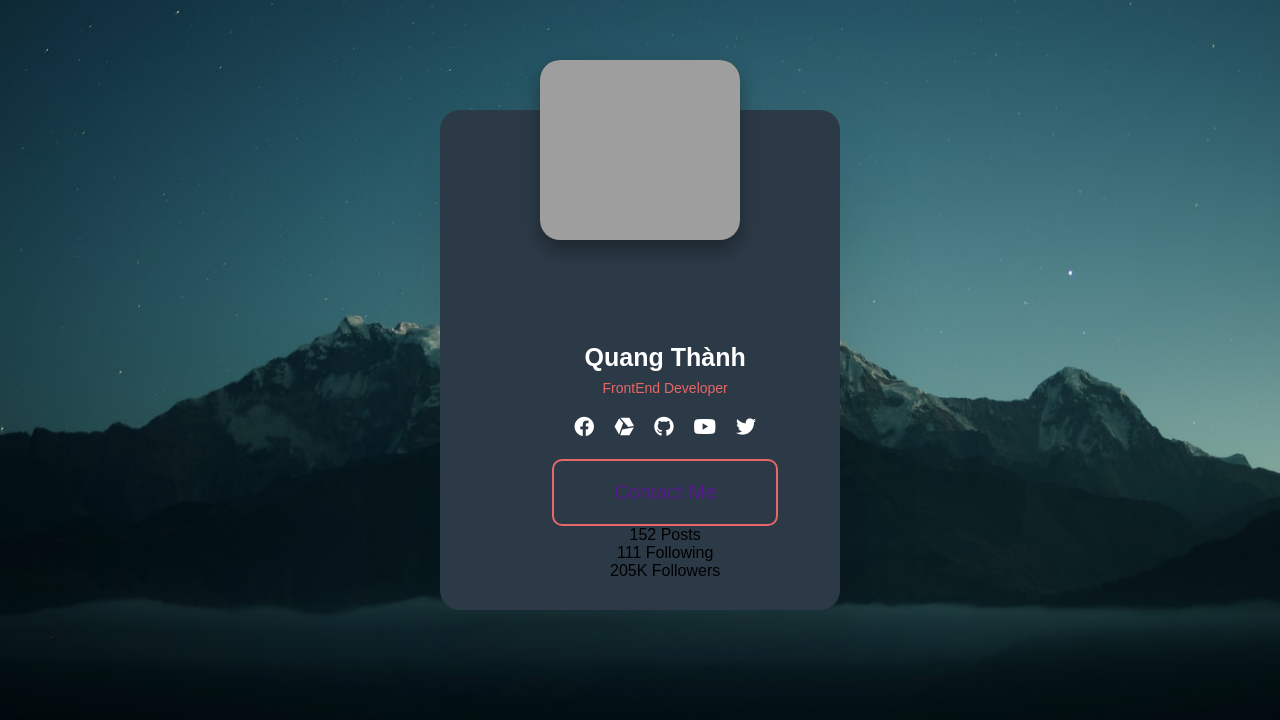
Repository: QuangThanh152/Profile-me
Page: index.html
The author's editor kept a copy of each file at every save. The page is drawn from the files as they stood at one save, then again after the next save.
The browser window is 1280 px wide. The pictures show the whole page.
Pictures or frames that could not be fetched are drawn as grey boxes.

Above is the page before, as saved 2022-10-07 15:41:58.

### index.html
<!DOCTYPE html>
<html lang="en">
<head>
    <meta charset="UTF-8">
    <meta http-equiv="X-UA-Compatible" content="IE=edge">
    <meta name="viewport" content="width=device-width, initial-scale=1.0">
    <link rel="stylesheet" href="./accets/font/fontawesome-free-6.1.2-web/css/all.min.css">
    <link rel="stylesheet" href="./accets/main.css">
    <title>Profile-QT</title>
</head>
<body>
    <div class="card">
        <div class="card-header">
            <img src="./accets/img/IMG_20220202_135645.jpg" alt="" class="img-me">
        </div>
        <div class="content">
            <div class="name">Quang Thành</div>
            <div class="desc">FrontEnd Developer</div>
            <div class="SocialNetwork">
                <a href="" class="icon"><i class="fa-brands fa-facebook"></i></a>
                <a href="" class="icon"><i class="fa-brands fa-instalod"></i></i></a>
                <a href="" class="icon"><i class="fa-brands fa-github"></i></i></a>
                <a href="" class="icon"><i class="fa-brands fa-youtube"></i></i></a>
                <a href="" class="icon"><i class="fa-brands fa-twitter"></i></i></a>
            </div>
            <a href="" class="btn-contact">Contact Me</a>
            <div class="card-footer">
                <div class="number">
                    <div class="item">
                        <span>152</span>
                        Posts
                    </div>
                </div>
                <div class="number">
                    <div class="item">
                        <span>111</span>
                        Following
                    </div>
                </div>
                <div class="number">
                    <div class="item">
                        <span>205K</span>
                        Followers
                    </div>
                </div>
            </div>
        </div>
    </div>
</body>
</html>

### accets/main.css
* {
    padding: 0;
    margin: 0;
    box-sizing: border-box;
    font-family: 'Poppins', sans-serif;
    text-decoration: none;
}

body {
    min-height: 100vh;
    background: url(/accets/img/img-big.jpg) no-repeat center;
    background-size: cover;
    display: flex;
    justify-content: center;
    align-items: center;
}

.card {
    position: relative;
    width: 400px;
    /* height: 190px; */
    height: 500px;
    border-radius: 20px;
    background: #2c3a47;
    transition: 0.2s;
    box-shadow: 0 35px 80px rgba(0,0,0,0.15);
}
.card:hover {
    height: 500px;
}
.card-header {
    position: absolute;
    background: rgb(21, 19, 19);
    left: 50%;
    top: -50px;
    transform: translateX(-50%);
    width: 200px;
    height: 180px;
    border-radius: 20px;
    box-shadow: 0 10px 20px rgba(0,0,0,0.35);
    overflow: hidden;
    transition: 0.3s;
}
.card:hover .card-header {
    width: 250px;
    height: 250px;
    transition: 0.2s;
}
.img-me {
    position: absolute;
    top: 0;
    left: 0;
    width: 100%;
    height: 100%;
    object-fit: cover;
}
.content {
    position: absolute;
    top: 45%;
    text-align: center;
    align-items: center;
    left: 28%;
}
.name {
    font-size: 25px;
    font-weight: 600;
    padding: 8px;
    color: #fff;
}
.desc {
    font-size: 14px;
    padding: 0 0 20px 0;
    color: #e66767;
}
.SocialNetwork {
    display: flex;
    justify-content: center;
    margin: 0 0 20px 0;
}
.SocialNetwork a{
    font-size: 20px;
    color: white;
    padding: 0 10px 0;
}
.SocialNetwork a:hover {
    color: #e66767;
}

.btn-contact {
    display: block;
    font-size: 20px;
    padding: 20px 60px;
    border: 2px solid #e66767;
    border-radius: 10px;
}

Loaded but not shown: accets/font/fontawesome-free-6.1.2-web/css/all.min.css (library)

After the next save:
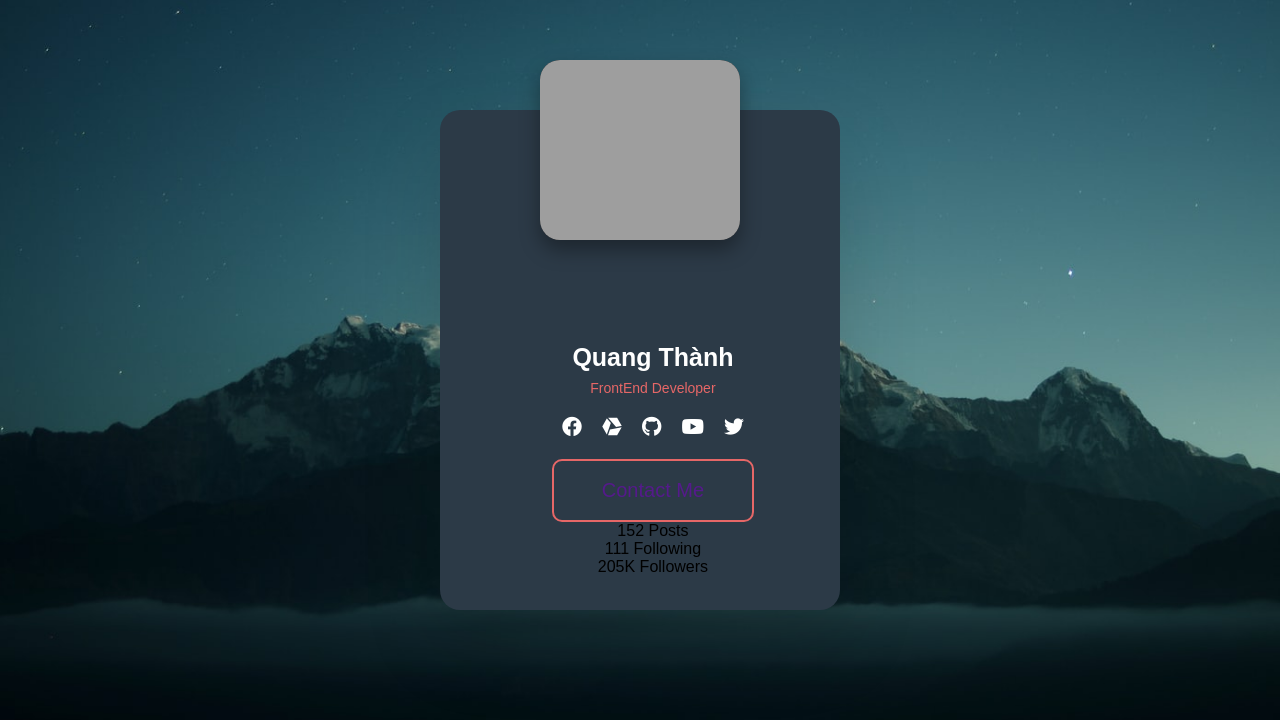
Saved 27 s later.
--- a/accets/main.css
+++ b/accets/main.css
@@ -89,7 +89,7 @@ body {
 .btn-contact {
     display: block;
     font-size: 20px;
-    padding: 20px 60px;
+    padding: 18px 0;
     border: 2px solid #e66767;
     border-radius: 10px;
 }
